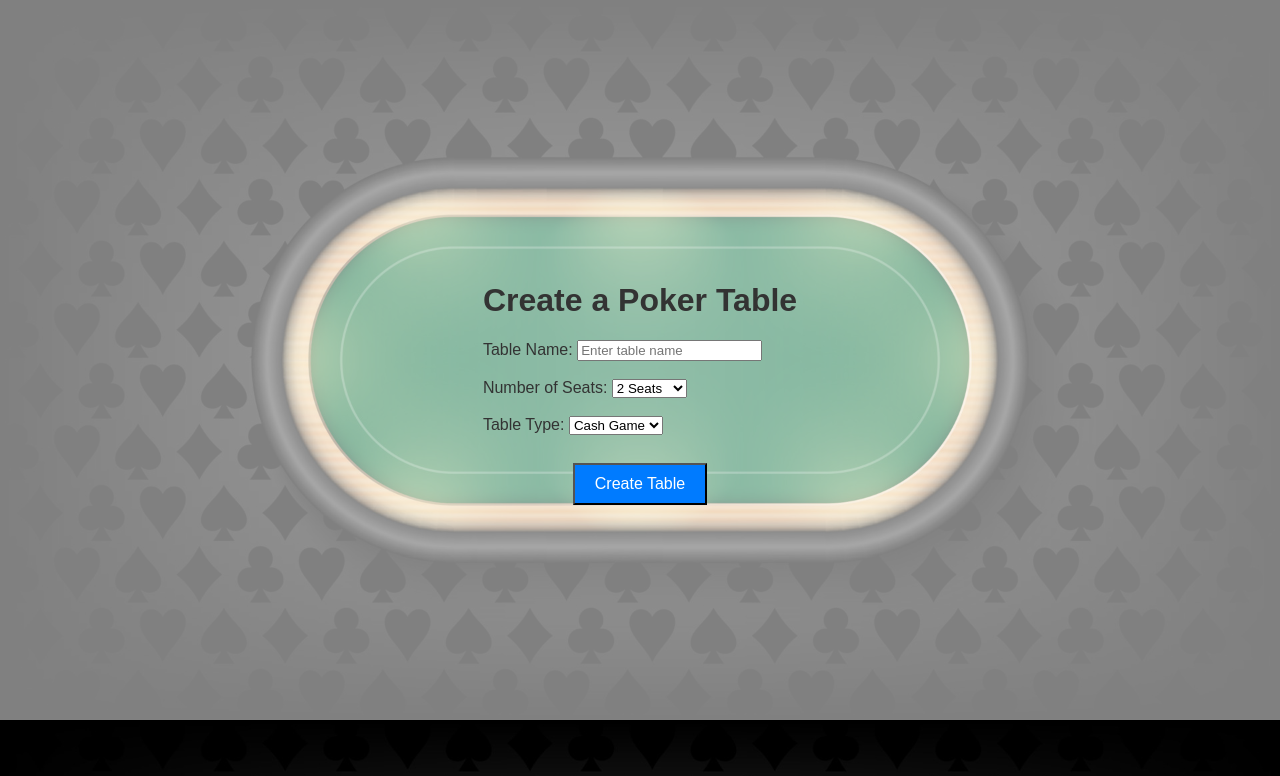
Repository: KidBillionaire/newapp
Page: public/create-table.html
An editor plug-in stored every save of this project. The page is shown before and after the next save, followed by the edit.
The browser window is 1280 px wide. The pictures show the whole page.
Backgrounds fixed to the window are drawn as part of the page.

Above is the page before, as saved 2024-10-10 16:20:44.

After the next save:
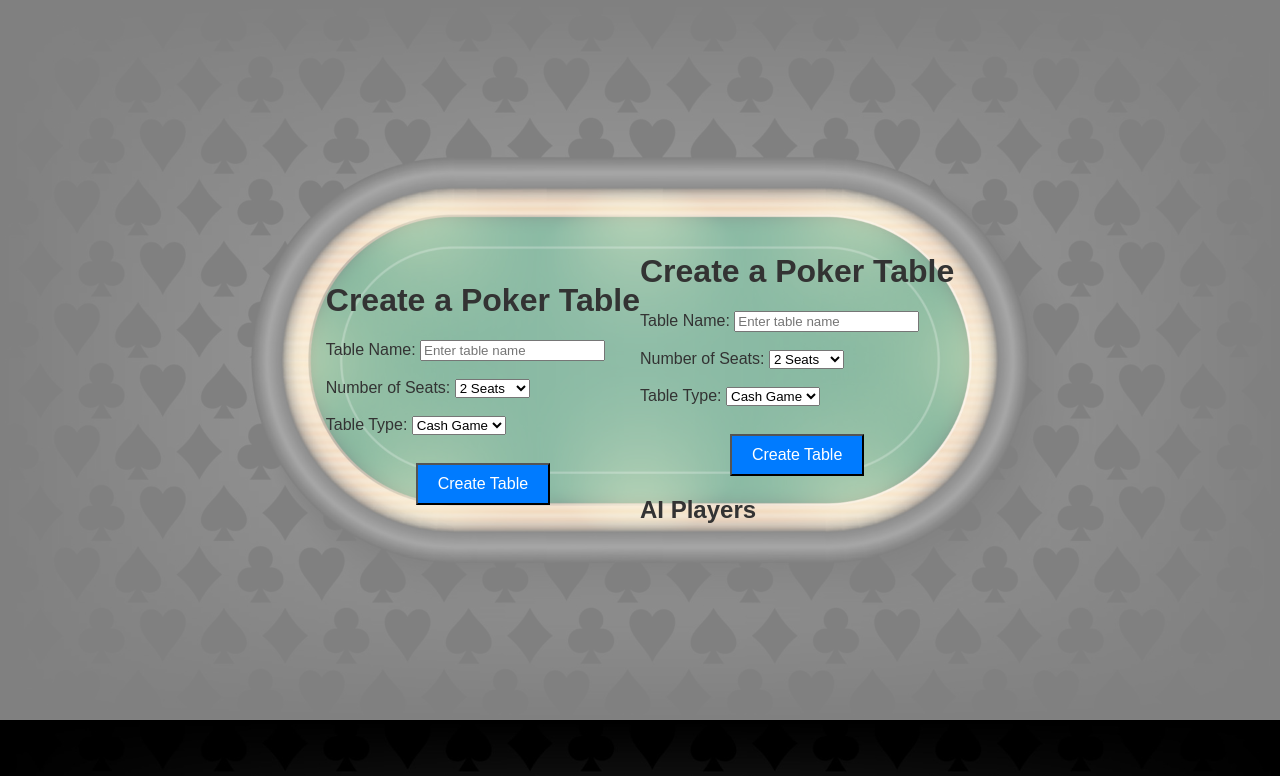
Saved 40 s later.
--- a/public/create-table.html
+++ b/public/create-table.html
@@ -34,5 +34,42 @@
       <button type="submit">Create Table</button>
     </form>
   </div>
+
+  <body class="create-table-page">
+    <div>
+      <h1>Create a Poker Table</h1>
+      <!-- Form to Create a New Poker Table -->
+      <form id="createTableForm">
+        <label for="tableName">Table Name:</label>
+        <input type="text" id="tableName" placeholder="Enter table name" required>
+        <br><br>
+
+        <label for="numSeats">Number of Seats:</label>
+        <select id="numSeats">
+          <option value="2">2 Seats</option>
+          <option value="6">6 Seats</option>
+          <option value="10">10 Seats</option>
+        </select>
+        <br><br>
+
+        <label for="tableType">Table Type:</label>
+        <select id="tableType">
+          <option value="cash">Cash Game</option>
+          <option value="tournament">Tournament</option>
+        </select>
+        <br><br>
+
+        <button type="submit">Create Table</button>
+      </form>
+
+      <!-- AI Players Section -->
+      <div id="aiPlayersSection" style="margin-top: 20px;">
+        <h2>AI Players</h2>
+        <ul id="aiPlayersList"></ul> <!-- Dynamic AI Player List -->
+      </div>
+    </div>
+  </body>
+
+
 </body>
 </html>
